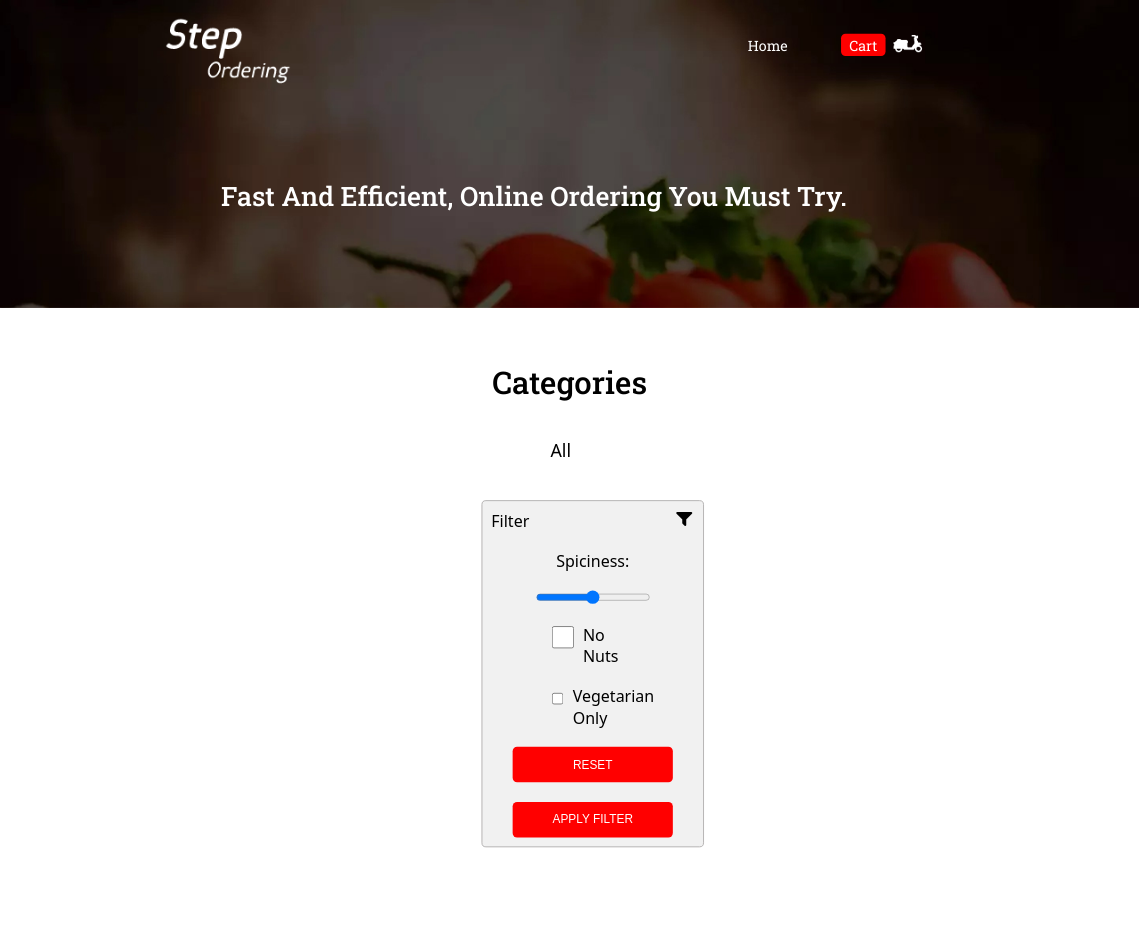
Repository: anastasia29-step/Online-Restaurant
Page: index.html
An editor plug-in stored every save of this project. The page is shown before and after the next save, followed by the edit.
The browser window is 1280 px wide. The pictures show the whole page, at 89% of full size.
Some web libraries are served in a nearby version.

Above is the page before, as saved 2026-03-10 15:53:16.
Not found: app.js/

After the next save:
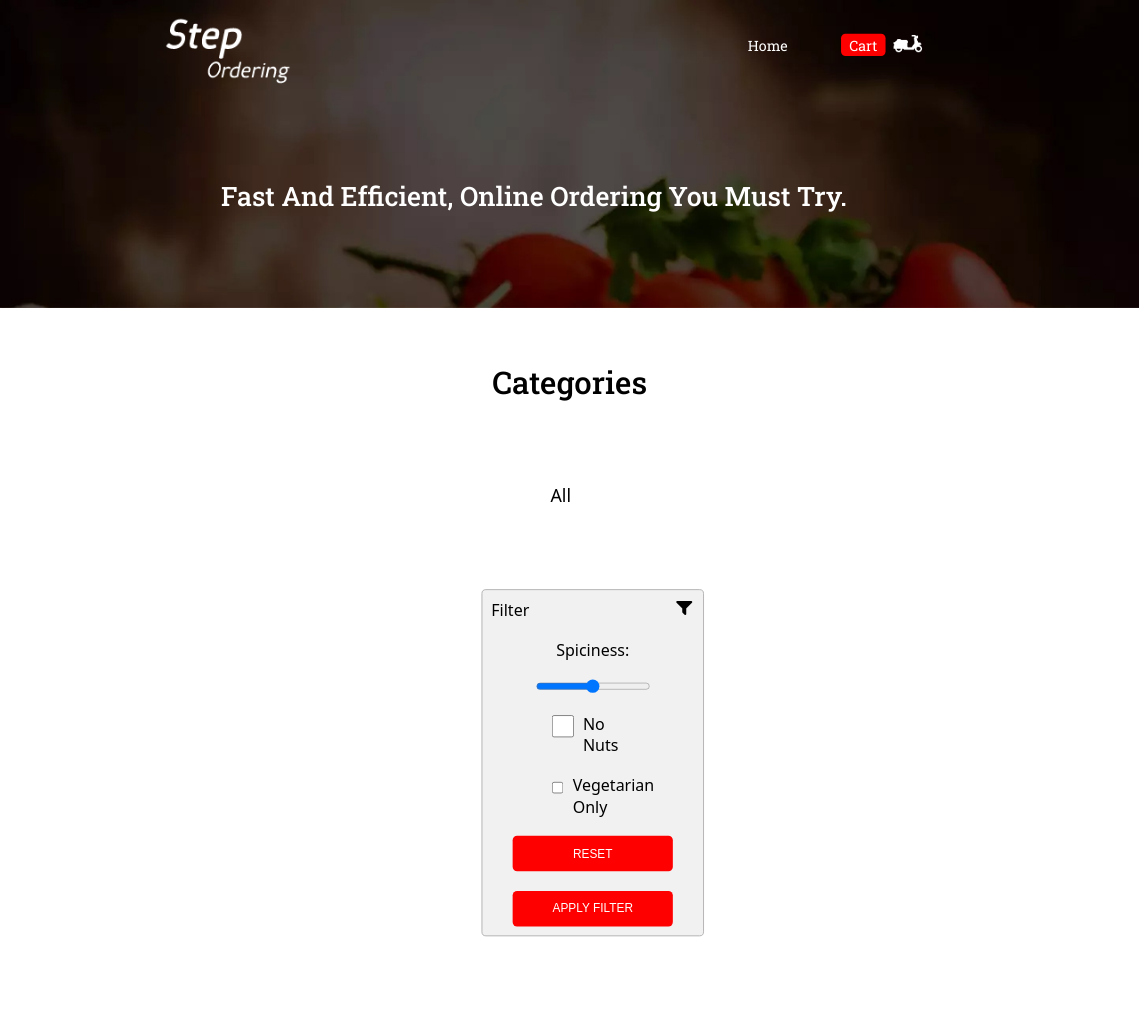
Saved 2 min 33 s later.
--- a/style.css
+++ b/style.css
@@ -22,7 +22,7 @@
 ul {
     display: flex !important;
     justify-content: center;
-    height: 90px;
+    height: 190px;
     width: 1110px;
     flex-wrap: wrap;
     list-style: none;

After the save that followed:
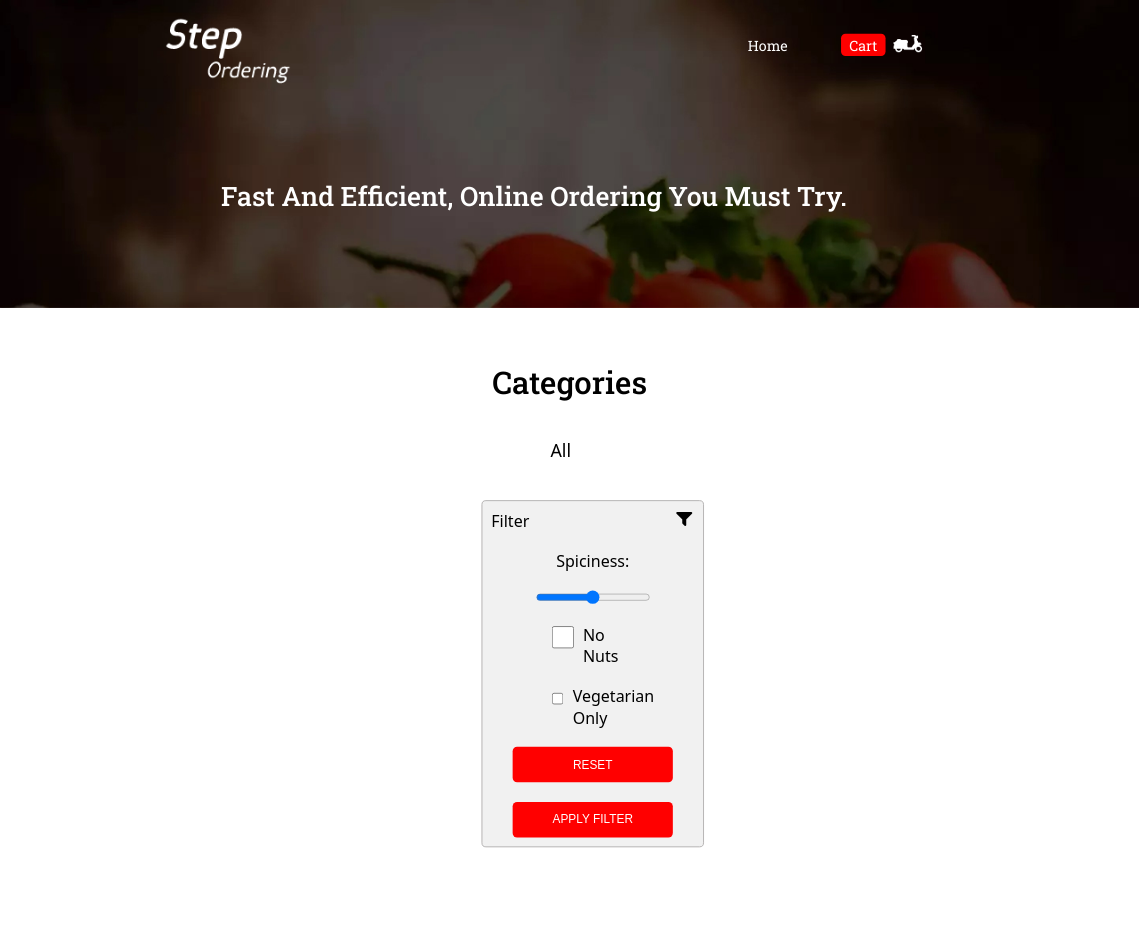
Saved 38 s later.
--- a/style.css
+++ b/style.css
@@ -22,7 +22,7 @@
 ul {
     display: flex !important;
     justify-content: center;
-    height: 190px;
+    height: 90px;
     width: 1110px;
     flex-wrap: wrap;
     list-style: none;
